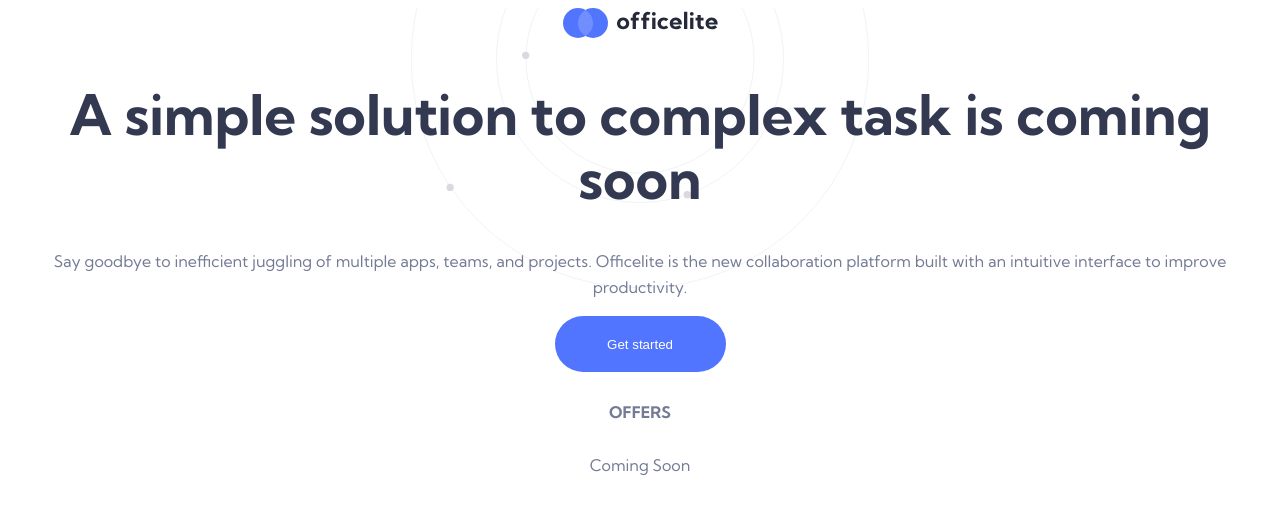
Repository: jodelajo/frontend-css-challenge
Page: index.html
The author's editor kept a copy of each file at every save. The page is drawn from the files as they stood at one save, then again after the next save.
The browser window is 1280 px wide. The pictures show the whole page.

Above is the page before, as saved 2022-02-28 13:37:22.

### index.html
<!DOCTYPE html>
<html lang="en">
  <head>
    <meta charset="UTF-8" />
    <meta name="viewport" content="width=device-width, initial-scale=1.0" />

    <link
      rel="icon"
      type="image/png"
      sizes="32x32"
      href="./assets/favicon-32x32.png"
    />
    <link rel="preconnect" href="https://fonts.googleapis.com" />
    <link rel="preconnect" href="https://fonts.gstatic.com" crossorigin />
    <link
      href="https://fonts.googleapis.com/css2?family=Kumbh+Sans:wght@400;700&display=swap"
      rel="stylesheet"
    />
    <link href="./assets/styles/styles.css" type="text/css" rel="stylesheet" />
    <title>Frontend Mentor | Officelite coming soon site</title>
  </head>
  <body>
    <main>
      <div class="first-block">
        <div>
          <img src="./assets/shared/logo.svg" alt="logo-officelite" />
        </div>
        <h1>A simple solution to complex task is coming soon</h1>
        <p>
          Say goodbye to inefficient juggling of multiple apps, teams, and
          projects. Officelite is the new collaboration platform built with an
          intuitive interface to improve productivity.
        </p>
        <button class="button-blue">Get started</button>
      </div>
      <h3>Offers</h3>
      <div>Coming Soon</div>
    </main>
  </body>
</html>

### assets/styles/styles.css
:root {
  --colors-blue: #5175ff;
  --colors-dark: #333950;
  --colors-grey: #747b95;
  --colors-light-blue: #829cff;
  --colors-blackblue: #25293a;
  --colors-red: #f05b5b;
}

/* MOBILE STYLES */
body {
  font-family: "Kumbh Sans", sans-serif;
  color: var(--colors-grey);
  font-size: 16px;
  line-height: 26px;
  font-weight: 400;
  text-align: center;
}

h1 {
  font-weight: bold;
  font-size: 40px;
  line-height: 48px;
  text-align: center;
}
h2 {
  font-weight: bold;
  font-size: 20px;
  line-height: 28px;
}
h3 {
  text-transform: uppercase;
  font-weight: bold;
  font-size: 16px;
  line-height: 48px;
}

button {
  border-radius: 28px;
  border: none;
  width: 171px;
  height: 56px;
}

.button-blue {
  background-color: var(--colors-blue);
  color: white;
}
.first-block {
  background-image: url("../home/bg-pattern-header.svg");
  background-repeat: no-repeat;
  background-position: center -170px;
  background-attachment: fixed;
  background-size: 458px 458px;
}
.first-block h1 {
  color: var(--colors-dark);
}
/* TABLET STYLES */
@media (min-width: 767px) {
  h1 {
    font-size: 56px;
    line-height: 64px;
  }
  h2 {
    font-size: 20px;
    line-height: 28px;
  }
  h3 {
    font-size: 16px;
    line-height: 48px;
  }
}

/* DESKTOP STYLES */
@media (min-wdth: 1200px) {
}

### assets/home/bg-pattern-header.svg
<svg width="1134" height="1134" xmlns="http://www.w3.org/2000/svg"><g fill="none" fill-rule="evenodd"><circle stroke="#747B95" opacity=".25" cx="567" cy="567" r="355.5"/><circle stroke="#747B95" opacity=".25" cx="567" cy="567" r="566.5"/><circle stroke="#747B95" opacity=".25" cx="567" cy="567" r="282.5"/><g transform="translate(88 549)" fill="#D8DAE0"><circle cx="196" cy="9" r="9"/><circle cx="596" cy="354" r="9"/><circle cx="9" cy="336" r="9"/></g></g></svg>

### assets/styles/index.css
.first-block {
  background-image: url("../home/bg-pattern-header.svg");
  background-repeat: no-repeat;
  background-position: center -170px;
  background-attachment: fixed;
  background-size: 458px 458px;
}
.first-block h1 {
  color: var(--colors-dark);
}

After the next save:
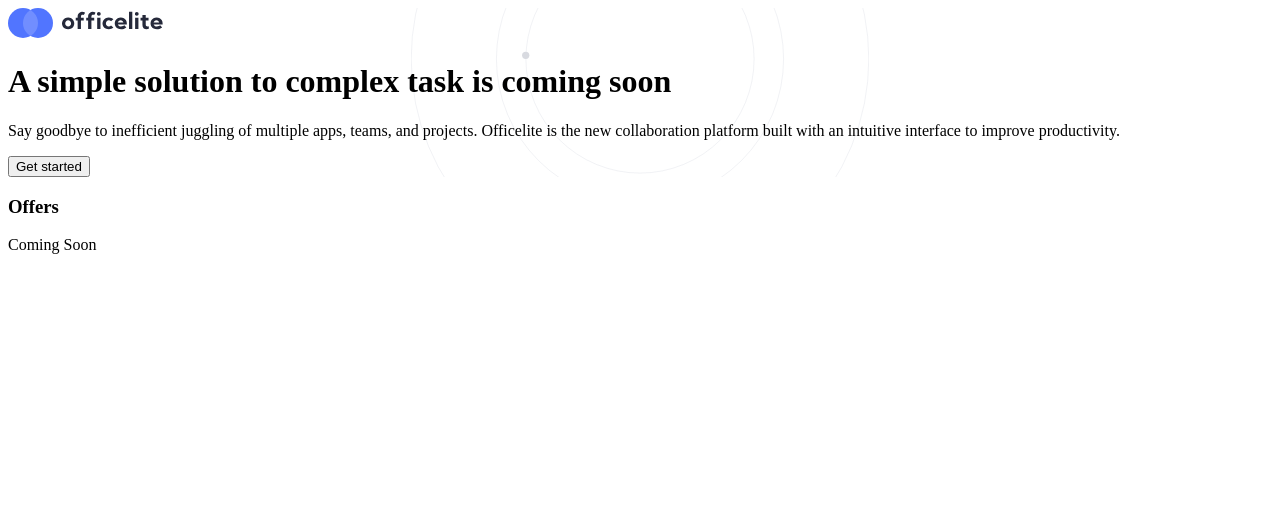
Saved 42 s later.
--- a/index.html
+++ b/index.html
@@ -16,7 +16,8 @@
       href="https://fonts.googleapis.com/css2?family=Kumbh+Sans:wght@400;700&display=swap"
       rel="stylesheet"
     />
-    <link href="./assets/styles/styles.css" type="text/css" rel="stylesheet" />
+
+    <link href="./assets/styles/index.css" type="text/css" rel="stylesheet" />
     <title>Frontend Mentor | Officelite coming soon site</title>
   </head>
   <body>

After the save that followed:
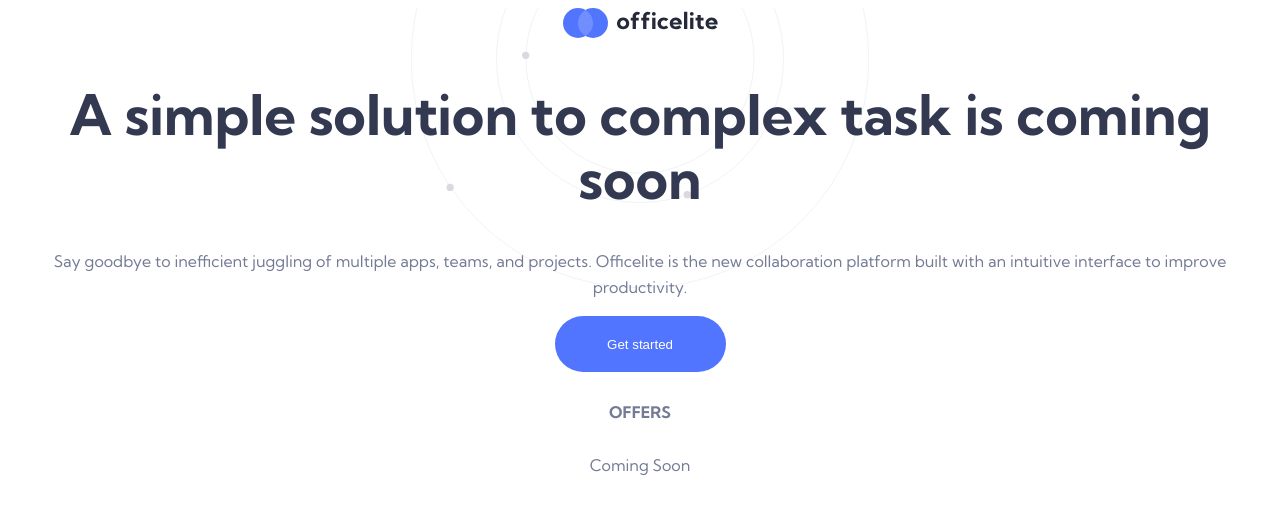
Saved 43 s later.
--- a/index.html
+++ b/index.html
@@ -17,7 +17,8 @@
       rel="stylesheet"
     />
 
-    <link href="./assets/styles/index.css" type="text/css" rel="stylesheet" />
+    <link href="./assets/styles/styles.css" type="text/css" rel="stylesheet" />
+    <link href="./assets/styles/styles.css" type="text/css" rel="stylesheet" />
     <title>Frontend Mentor | Officelite coming soon site</title>
   </head>
   <body>
